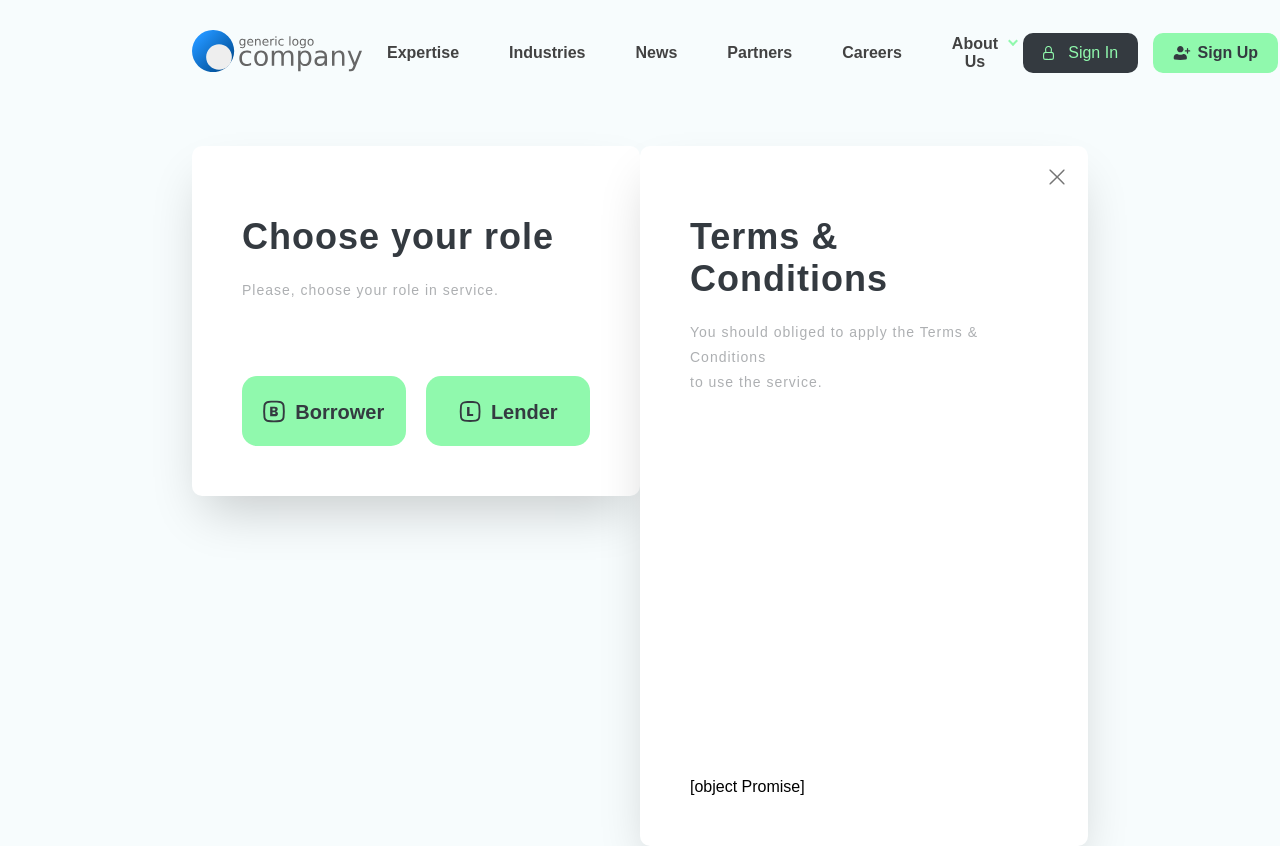
Repository: Andriy-Ma/widgetTask
Page: /
These files come from the project's save history. The page is drawn as it stood at one moment and after the next save; the edit follows.
The browser window is 1280 px wide. The pictures show the whole page.
The page's requests for data from a server got no answer. Some web fonts or font styles are not loaded; a fallback is used. The project was rebuilt for these pictures with package versions that can differ from the ones it lists, and the page was loaded fresh each time. No one was signed in, and anything a server would have sent is missing. Also part of the build but not shown: src/components/Main/SelectedRoleForm/selectedRoleForm.module.css, src/components/Main/SelectedRoleForm/selectedRoleForm.jsx.

Above is the page before, as saved 2022-08-30 11:14:43.

### public/index.html
<!DOCTYPE html>
<html lang="en">
  <head>
    <meta charset="utf-8" />
    <link rel="icon" href="%PUBLIC_URL%/favicon.ico" />
    <link rel="stylesheet" href="https://use.typekit.net/clw7fgu.css">
    <meta name="viewport" content="width=device-width, initial-scale=1" />
    <meta name="theme-color" content="#000000" />
    <meta
      name="description"
      content="Web site created using create-react-app"
    />
    <link rel="apple-touch-icon" href="%PUBLIC_URL%/logo192.png" />
    <!--
      manifest.json provides metadata used when your web app is installed on a
      user's mobile device or desktop. See https://developers.google.com/web/fundamentals/web-app-manifest/
    -->
    <link rel="manifest" href="%PUBLIC_URL%/manifest.json" />
    <!--
      Notice the use of %PUBLIC_URL% in the tags above.
      It will be replaced with the URL of the `public` folder during the build.
      Only files inside the `public` folder can be referenced from the HTML.

      Unlike "/favicon.ico" or "favicon.ico", "%PUBLIC_URL%/favicon.ico" will
      work correctly both with client-side routing and a non-root public URL.
      Learn how to configure a non-root public URL by running `npm run build`.
    -->
    <title>React App</title>
  </head>
  <body>
    <noscript>You need to enable JavaScript to run this app.</noscript>
    <div id="root"></div>
    <!--
      This HTML file is a template.
      If you open it directly in the browser, you will see an empty page.

      You can add webfonts, meta tags, or analytics to this file.
      The build step will place the bundled scripts into the <body> tag.

      To begin the development, run `npm start` or `yarn start`.
      To create a production bundle, use `npm run build` or `yarn build`.
    -->
  </body>
</html>

### src/index.css
* {
  box-sizing: border-box;
  margin: 0;
  padding: 0;
}
body {
  font-family: 'Poppins', sans-serif;
  background-color: #f7fcfd;
  -webkit-font-smoothing: antialiased;
  -moz-osx-font-smoothing: grayscale;
}

### src/App.js
import React from 'react';
import styles from './App.module.css';
import Header from './components/Header/header';
import MainBlock from './components/Main/main';

function App() {
  return (
    <div className={styles.container}>
      <Header/>
      <MainBlock/>
    </div>
  );
}

export default App;

### src/App.module.css
.container {
    display: block;
    align-items: center;
    justify-content: center;
    padding-left: 15%;
    padding-right: 15%;
}

### src/components/Header/header.jsx
import React from 'react';
import Icon from './img/logo-generic';
import {ReactComponent as Lock} from './img/lock.svg';
import {ReactComponent as SignUp} from './img/signup.svg';
import styles from './header.module.css';

function Header() {
  return (
    <div className={styles.header}>
        <div className={styles.logo}>
          <a href="#home">
            <Icon/>
          </a>
        </div>
        <div className={styles.middleOfHeader}>
          <a href="#expertise">Expertise</a>
          <a href="#industries">Industries</a>
          <a href="#news">News</a>
          <a href="#partners">Partners</a>
          <a href="#careers">Careers</a>
          <a href="#aboutus" className={styles.aboutUs}>About Us</a>
        </div>
        <div className={styles.buttonsHeader}>
          <div className={styles.signin}>
            <Lock/>
            <p>Sign In</p>
          </div>
          <div className={styles.signup}>
            <SignUp/>
            <p>Sign Up</p>
          </div>
        </div>
    </div>
  )
}

export default Header;

### src/components/Main/main.jsx
import React,{useState} from 'react';
import ChooseForm from './ChooseForm/chooseForm';
import styles from './main.module.css';
import SelectedRoleForm from './SelectedRoleForm/selectedRoleForm';

function MainBlock() {

  const [selectedRole, setSelectedRole] = useState('');
  console.log(selectedRole);

  return (
    <div className={styles.container}>
        {
          !selectedRole ? <ChooseForm getRole={setSelectedRole}/> : <SelectedRoleForm role={selectedRole} getRole={setSelectedRole}/>
        }
    </div>
  )
}

export default MainBlock;

### src/components/Header/img/logo-generic.jsx
import React from "react";

function Icon() {
  return (
    <svg
      xmlns="http://www.w3.org/2000/svg"
      version="1.1"
      viewBox="0 0 1425.8 353.74"
    >
      <defs>
        <linearGradient
          id="linearGradient5311"
          x1="-467.57"
          x2="-469.87"
          y1="-68.973"
          y2="488.43"
          gradientUnits="userSpaceOnUse"
        >
          <stop offset="0" stopColor="#2294fe"></stop>
          <stop offset="1" stopColor="#014f96"></stop>
        </linearGradient>
      </defs>
      <g transform="translate(364.43 8.482)">
        <g>
          <g fill="#666" transform="translate(-14.426 -21.336)">
            <path d="M145.49 192.37v19.095c-5.773-3.182-11.583-5.55-17.43-7.105a64.331 64.331 0 00-17.541-2.443c-13.248 0-23.536 4.22-30.863 12.657-7.327 8.363-10.991 20.13-10.991 35.304 0 15.172 3.663 26.977 10.991 35.415 7.327 8.363 17.615 12.545 30.863 12.545 5.92 0 11.768-.778 17.541-2.332 5.847-1.628 11.657-4.033 17.43-7.216v18.873a83.693 83.693 0 01-17.763 5.995c-6.07 1.332-12.545 1.998-19.428 1.998-18.725 0-33.601-5.884-44.629-17.652s-16.542-27.643-16.542-47.627c0-20.279 5.55-36.229 16.653-47.849 11.176-11.62 26.459-17.43 45.85-17.43 6.29 0 12.434.666 18.429 1.999a81.647 81.647 0 0117.43 5.772"></path>
            <path d="M228.98 201.92c-10.954 0-19.613 4.293-25.978 12.878-6.365 8.511-9.548 20.205-9.548 35.082 0 14.876 3.146 26.607 9.437 35.193 6.365 8.511 15.061 12.767 26.089 12.767 10.88 0 19.502-4.293 25.867-12.878 6.365-8.585 9.547-20.279 9.547-35.082 0-14.728-3.182-26.385-9.547-34.971-6.365-8.66-14.987-12.989-25.867-12.989m0-17.319c17.763 0 31.714 5.773 41.854 17.319s15.209 27.532 15.209 47.96c0 20.353-5.07 36.34-15.209 47.96-10.14 11.546-24.091 17.319-41.854 17.319-17.837 0-31.825-5.773-41.965-17.319-10.066-11.62-15.098-27.606-15.098-47.96 0-20.427 5.033-36.414 15.098-47.96 10.14-11.546 24.128-17.319 41.965-17.319"></path>
            <path d="M416.6 211.46c5.107-9.177 11.213-15.949 18.318-20.316 7.105-4.367 15.468-6.55 25.09-6.55 12.952 0 22.943 4.552 29.975 13.655 7.03 9.03 10.546 21.908 10.547 38.634v75.048h-20.538v-74.382c0-11.916-2.11-20.76-6.328-26.533-4.219-5.773-10.658-8.66-19.317-8.66-10.584 0-18.947 3.516-25.09 10.548-6.143 7.03-9.215 16.616-9.214 28.754v70.274h-20.538V237.55c0-11.99-2.11-20.834-6.328-26.533-4.22-5.773-10.732-8.66-19.54-8.66-10.435 0-18.724 3.553-24.867 10.658-6.143 7.031-9.215 16.58-9.215 28.643v70.274h-20.538v-124.34h20.538v19.317c4.663-7.623 10.251-13.248 16.764-16.875 6.513-3.626 14.247-5.44 23.203-5.44 9.03 0 16.69 2.295 22.981 6.883 6.365 4.59 11.065 11.25 14.099 19.983"></path>
            <path d="M560.7 293.28v65.945h-20.538v-171.63H560.7v18.873c4.293-7.401 9.695-12.878 16.209-16.431 6.587-3.627 14.432-5.44 23.536-5.44 15.098 0 27.347 5.995 36.747 17.985 9.473 11.99 14.21 27.755 14.21 47.294 0 19.54-4.737 35.304-14.21 47.294-9.4 11.99-21.649 17.985-36.747 17.985-9.104 0-16.949-1.776-23.536-5.329-6.513-3.626-11.916-9.14-16.209-16.542m69.497-43.408c0-15.024-3.109-26.792-9.326-35.304-6.143-8.585-14.617-12.878-25.423-12.878-10.806 0-19.317 4.293-25.534 12.878-6.143 8.512-9.214 20.28-9.214 35.304 0 15.024 3.071 26.83 9.214 35.415 6.217 8.512 14.728 12.767 25.534 12.767s19.28-4.255 25.423-12.767c6.217-8.585 9.326-20.39 9.326-35.415"></path>
            <path d="M741.77 249.43c-16.505 0-27.94 1.887-34.304 5.662-6.365 3.775-9.548 10.214-9.547 19.317 0 7.253 2.368 13.026 7.105 17.319 4.81 4.219 11.324 6.328 19.539 6.328 11.324 0 20.39-3.997 27.199-11.99 6.883-8.067 10.325-18.762 10.325-32.084v-4.552H741.77m40.744-8.437v70.94h-20.427V293.06c-4.663 7.549-10.473 13.137-17.43 16.764-6.958 3.552-15.47 5.329-25.534 5.329-12.73 0-22.87-3.553-30.42-10.658-7.475-7.18-11.212-16.764-11.212-28.754 0-13.988 4.662-24.535 13.988-31.64 9.4-7.106 23.388-10.658 41.965-10.658h28.643v-1.999c0-9.4-3.109-16.653-9.326-21.759-6.143-5.18-14.802-7.77-25.978-7.77-7.105 0-14.025.85-20.76 2.552-6.735 1.703-13.21 4.256-19.428 7.66v-18.872c7.475-2.887 14.728-5.033 21.76-6.44 7.03-1.48 13.876-2.22 20.537-2.22 17.985 0 31.418 4.663 40.3 13.988 8.88 9.326 13.321 23.462 13.321 42.41"></path>
            <path d="M928.5 236.89v75.048h-20.427v-74.382c0-11.768-2.295-20.575-6.883-26.422-4.589-5.847-11.472-8.77-20.65-8.77-11.027 0-19.723 3.515-26.088 10.547-6.365 7.03-9.548 16.616-9.548 28.754v70.274h-20.538v-124.34h20.538v19.317c4.885-7.476 10.621-13.063 17.208-16.764 6.661-3.7 14.321-5.551 22.981-5.551 14.284 0 25.09 4.44 32.417 13.322 7.327 8.807 10.991 21.797 10.991 38.967"></path>
            <path d="M1021.2 323.48c-5.773 14.802-11.398 24.461-16.875 28.976-5.477 4.515-12.804 6.772-21.981 6.772h-16.32v-17.097h11.99c5.625 0 9.992-1.332 13.1-3.996s6.55-8.956 10.325-18.873l3.664-9.326-50.291-122.34h21.648l38.856 97.252 38.856-97.252h21.648l-54.621 135.89"></path>
          </g>
          <g fill="#666" transform="translate(-416.34 -21.336)">
            <path d="M489.95 115.06c0-6.675-1.385-11.848-4.155-15.519-2.737-3.671-6.592-5.507-11.564-5.507-4.94 0-8.794 1.836-11.564 5.507-2.737 3.671-4.105 8.844-4.105 15.519 0 6.642 1.368 11.798 4.105 15.469 2.77 3.671 6.625 5.507 11.564 5.507 4.973 0 8.827-1.836 11.564-5.507 2.77-3.671 4.155-8.828 4.155-15.469m9.211 21.727c0 9.545-2.119 16.637-6.357 21.276-4.24 4.672-10.73 7.009-19.474 7.009-3.238 0-6.292-.25-9.162-.751a44.69 44.69 0 01-8.36-2.203v-8.961c2.703 1.468 5.373 2.553 8.01 3.254 2.636.7 5.323 1.051 8.06 1.051 6.04 0 10.563-1.585 13.567-4.756 3.004-3.137 4.505-7.893 4.505-14.268v-4.555c-1.902 3.304-4.338 5.774-7.309 7.409-2.97 1.635-6.524 2.453-10.663 2.453-6.875 0-12.415-2.62-16.62-7.86-4.206-5.24-6.308-12.182-6.308-20.826 0-8.677 2.102-15.636 6.307-20.876 4.206-5.24 9.746-7.86 16.621-7.86 4.139 0 7.693.818 10.663 2.454 2.97 1.635 5.407 4.105 7.31 7.409v-8.51h9.21v49.11"></path>
            <path d="M566.09 113.41v4.506h-42.352c.4 6.34 2.303 11.18 5.707 14.518 3.438 3.304 8.21 4.956 14.318 4.956 3.538 0 6.959-.434 10.263-1.302 3.337-.868 6.642-2.17 9.912-3.905v8.711a55.24 55.24 0 01-10.163 3.204 50.9 50.9 0 01-10.563 1.102c-8.944 0-16.037-2.604-21.276-7.81-5.206-5.207-7.81-12.248-7.81-21.126 0-9.178 2.47-16.454 7.41-21.827 4.973-5.407 11.664-8.11 20.075-8.11 7.542 0 13.5 2.436 17.872 7.309 4.405 4.84 6.608 11.43 6.608 19.774m-9.211-2.703c-.067-5.04-1.486-9.062-4.256-12.065-2.736-3.004-6.374-4.506-10.914-4.506-5.14 0-9.261 1.452-12.365 4.355-3.07 2.904-4.839 6.992-5.306 12.265l32.84-.05"></path>
            <path d="M627.62 109.9v33.842h-9.211v-33.541c0-5.306-1.035-9.278-3.104-11.915-2.07-2.636-5.173-3.955-9.312-3.955-4.973 0-8.894 1.585-11.765 4.756-2.87 3.17-4.305 7.493-4.305 12.966v31.689h-9.261V87.673h9.261v8.71c2.203-3.37 4.79-5.89 7.76-7.558 3.003-1.67 6.458-2.503 10.363-2.504 6.44 0 11.314 2.003 14.618 6.008 3.304 3.971 4.956 9.829 4.956 17.572"></path>
            <path d="M694.05 113.41v4.506h-42.352c.4 6.34 2.303 11.18 5.707 14.518 3.438 3.304 8.21 4.956 14.318 4.956 3.538 0 6.959-.434 10.263-1.302 3.337-.868 6.642-2.17 9.912-3.905v8.711a55.24 55.24 0 01-10.163 3.204 50.9 50.9 0 01-10.563 1.102c-8.944 0-16.037-2.604-21.276-7.81-5.206-5.207-7.81-12.248-7.81-21.126 0-9.178 2.47-16.454 7.41-21.827 4.973-5.407 11.664-8.11 20.075-8.11 7.543 0 13.5 2.436 17.872 7.309 4.405 4.84 6.608 11.43 6.608 19.774m-9.211-2.703c-.067-5.04-1.486-9.062-4.256-12.065-2.736-3.004-6.374-4.506-10.913-4.506-5.14 0-9.261 1.452-12.365 4.355-3.07 2.904-4.839 6.992-5.306 12.265l32.84-.05"></path>
            <path d="M741.46 96.286a11.624 11.624 0 00-3.404-1.302c-1.202-.3-2.537-.45-4.005-.45-5.207 0-9.212 1.702-12.015 5.106-2.77 3.371-4.155 8.227-4.155 14.568v29.537h-9.262V87.676h9.262v8.71c1.935-3.403 4.455-5.923 7.56-7.558 3.103-1.67 6.874-2.503 11.313-2.503.634 0 1.335.05 2.103.15.767.067 1.618.183 2.553.35l.05 9.462"></path>
            <path d="M751.22 87.676h9.211v56.069h-9.211V87.676m0-21.827h9.211v11.664h-9.211V65.849"></path>
            <path d="M820.01 89.828v8.61c-2.603-1.434-5.223-2.502-7.86-3.203a29.012 29.012 0 00-7.91-1.102c-5.974 0-10.613 1.903-13.917 5.707-3.304 3.772-4.956 9.078-4.956 15.92 0 6.842 1.652 12.165 4.957 15.97 3.304 3.772 7.943 5.657 13.917 5.657 2.67 0 5.306-.35 7.91-1.051 2.636-.734 5.256-1.819 7.859-3.254v8.51a37.736 37.736 0 01-8.01 2.704c-2.737.6-5.657.9-8.76.9-8.445 0-15.153-2.652-20.126-7.959-4.973-5.306-7.459-12.465-7.459-21.477 0-9.144 2.503-16.337 7.51-21.577 5.039-5.24 11.93-7.86 20.675-7.86 2.837 0 5.607.3 8.31.902a36.82 36.82 0 017.86 2.603"></path>
            <path d="M868.57 65.849h9.211v77.896h-9.211V65.849"></path>
            <path d="M918.73 94.134c-4.94 0-8.844 1.936-11.714 5.807-2.87 3.838-4.305 9.111-4.305 15.82s1.418 11.998 4.255 15.87c2.87 3.838 6.792 5.757 11.765 5.757 4.906 0 8.794-1.935 11.664-5.807 2.87-3.871 4.305-9.144 4.305-15.82 0-6.641-1.435-11.898-4.305-15.769-2.87-3.905-6.758-5.857-11.664-5.857m0-7.81c8.01 0 14.301 2.604 18.873 7.81 4.572 5.206 6.858 12.415 6.859 21.627 0 9.178-2.287 16.387-6.859 21.627-4.572 5.206-10.863 7.81-18.873 7.81-8.043 0-14.351-2.604-18.923-7.81-4.539-5.24-6.808-12.45-6.808-21.627 0-9.211 2.27-16.42 6.808-21.627 4.572-5.206 10.88-7.81 18.923-7.81"></path>
            <path d="M996.58 115.06c0-6.675-1.385-11.848-4.155-15.519-2.737-3.671-6.592-5.507-11.564-5.507-4.94 0-8.794 1.836-11.564 5.507-2.737 3.671-4.105 8.844-4.105 15.519 0 6.642 1.368 11.798 4.105 15.469 2.77 3.671 6.625 5.507 11.564 5.507 4.973 0 8.828-1.836 11.564-5.507 2.77-3.671 4.155-8.828 4.155-15.469m9.211 21.727c0 9.545-2.119 16.637-6.357 21.276-4.24 4.672-10.73 7.009-19.474 7.009-3.238 0-6.292-.25-9.162-.751a44.69 44.69 0 01-8.36-2.203v-8.961c2.703 1.468 5.373 2.553 8.01 3.254 2.636.7 5.323 1.051 8.06 1.051 6.04 0 10.563-1.585 13.567-4.756 3.003-3.137 4.505-7.893 4.505-14.268v-4.555c-1.902 3.304-4.338 5.774-7.309 7.409-2.97 1.635-6.524 2.453-10.663 2.453-6.875 0-12.415-2.62-16.62-7.86-4.206-5.24-6.308-12.182-6.308-20.826 0-8.677 2.102-15.636 6.307-20.876 4.206-5.24 9.746-7.86 16.621-7.86 4.139 0 7.693.818 10.663 2.454 2.97 1.635 5.407 4.105 7.31 7.409v-8.51h9.21v49.11"></path>
            <path d="M1046.5 94.134c-4.94 0-8.844 1.936-11.714 5.807-2.87 3.838-4.305 9.111-4.305 15.82s1.418 11.998 4.255 15.87c2.87 3.838 6.792 5.757 11.765 5.757 4.906 0 8.794-1.935 11.664-5.807 2.87-3.871 4.305-9.144 4.305-15.82 0-6.641-1.435-11.898-4.305-15.769-2.87-3.905-6.758-5.857-11.664-5.857m0-7.81c8.01 0 14.3 2.604 18.873 7.81 4.572 5.206 6.858 12.415 6.858 21.627 0 9.178-2.286 16.387-6.858 21.627-4.572 5.206-10.864 7.81-18.873 7.81-8.043 0-14.351-2.604-18.924-7.81-4.539-5.24-6.808-12.45-6.808-21.627 0-9.211 2.269-16.42 6.808-21.627 4.572-5.206 10.88-7.81 18.924-7.81"></path>
          </g>
          <g transform="rotate(-45 269.773 885.347) scale(.61927)">
            <path
              fill="url(#linearGradient5311)"
              d="M-184.26 202.82c0 157.74-127.87 285.61-285.61 285.61s-285.61-127.87-285.61-285.61S-627.61-82.79-469.87-82.79s285.61 127.87 285.61 285.61z"
              transform="translate(1202 -114.01)"
            ></path>
            <path
              fill="#eee"
              d="M-184.26 202.82c0 157.74-127.87 285.61-285.61 285.61s-285.61-127.87-285.61-285.61S-627.61-82.79-469.87-82.79s285.61 127.87 285.61 285.61z"
              transform="translate(1018.2 79.03) scale(.60887)"
            ></path>
          </g>
        </g>
      </g>
    </svg>
  );
}

export default Icon;

### src/components/Header/header.module.css
.logo {
    display: block;
    min-width: 170px;
}
.header {
    display: flex;
    justify-content: space-between;
    align-items: center;
    padding-top: 30px;
    min-width: 1000px;
}
.middleOfHeader {
    display: flex;
    justify-content: space-between;
    align-items: center;
    text-decoration: none;
}
.middleOfHeader a {
    display: block;
    color: #424242;
    text-align: center;
    padding: 0px 25px;
    text-decoration: none;
    font-size: 16px;
    font-weight: 600;
}
.middleOfHeader a:hover {
    color: #1b1a1a;
}
.aboutUs{
    position: relative;
}
.aboutUs::after{
    content: '';
    border-left: 2px solid #90F9AD;
    border-top: 2px solid #90F9AD;
    width: 5px;
    height: 5px;
    float: right;
    transform: translate(50%, -50%) rotate(-135deg);
    position: absolute;
    top: 6px;
    right: 10px;
}
.buttonsHeader {
    display: flex;
    justify-content: space-between;
    align-items: center;
}
.buttonsHeader:hover {
    cursor: pointer;
}
.signin {
    display: flex;
    justify-content: space-between;
    align-items: center;
    color: #90F9AD;
    background-color: #343A40;
    font-weight: 500;
    padding: 0px 20px;
    border-radius: 10px;
    width: 115px;
    height: 40px;
    margin-right: 15px;
}
.signin:hover {
    background-color: #252a2e;
}
.signup {
    display: flex;
    justify-content: space-between;
    align-items: center;
    color: #343A40;
    background-color: #90F9AD;
    font-weight: 600;
    padding: 0px 20px;
    border-radius: 10px;
    width: 125px;
    height: 40px;
}
.signup:hover {
    background-color: #3df370;
}

### src/components/Main/ChooseForm/chooseForm.jsx
import React from 'react';
import styles from './chooseForm.module.css';
import {ReactComponent as Borrower} from '../img/borrower.svg';
import {ReactComponent as Lender} from '../img/lender.svg';
import {ReactComponent as Close} from '../img/close.svg';

const roles = ['Borrower', 'Lender'];

function ChooseForm({getRole}) {

  async function text () {
    const res = await fetch('https://60c74df306f3160017d29000.mockapi.io/api/v1/tossource');
    const ready = await res.json();
    const full = [...ready.map(lol => lol.text)]
    const pol = [...full]
    console.log(pol);
    return pol;
  };

  /*fetch('https://60c74df306f3160017d29000.mockapi.io/api/v1/tossource')
  .then((response) => {
    return response.json();
  })
  .then((data) => {
    console.log(data);
  });*/

  text();

  return (
    <>
    <div className={styles.form}>
      <div>
        <p className={styles.mainText}>Choose your role</p>
        <p className={styles.underText}>Please, choose your role in service.</p>
      </div>
      <div className={styles.buttonsChooseForm}>
      {
        roles.map(role =>
            <div className={styles.role} key={role} onClick={() => getRole(role)}>
              {role === 'Borrower' ? <Borrower/> : <Lender/>}
              <p className={styles.buttonText}>{role}</p>
            </div>
        )
      }
      </div>
    </div>
    <div className={styles.agreeForm}>
      <Close className={styles.closeButton}/>
      <div>
        <p className={styles.mainText}>Terms & Conditions</p>
        <p className={styles.underText}>You should obliged to apply the Terms & Conditions <p> to use the service.</p></p>
      </div>
      <div dangerouslySetInnerHTML={{__html: text().then(lol => lol.text)}}>
      </div>
    </div>
    </>
  )
}

export default ChooseForm;

### src/components/Main/main.module.css
.container{
    width: 100%;
    display: flex;
    justify-content: center;
}

### src/components/Main/ChooseForm/chooseForm.module.css
.form{
    width: 600px;
    height: 350px;
    padding: 50px;
    background-color: #fff;
    margin-top: 70px;
    border-radius: 10px;
    box-shadow: 0px 25px 49px -12px rgba(0,0,0,0.2);
    display: flex;
    flex-direction: column;
    justify-content: space-between;
}
.agreeForm{
    width: 600px;
    height: 700px;
    padding: 50px;
    background-color: #fff;
    margin-top: 70px;
    border-radius: 10px;
    box-shadow: 0px 25px 49px -12px rgba(0,0,0,0.2);
    display: flex;
    flex-direction: column;
    justify-content: space-between;
    position: relative;
}
.mainText{
    margin-top: 20px;
    font-size: 36px;
    font-weight: 800;
    color: #343A40;
    letter-spacing: 1px;
}
.underText{
    margin-top: 20px;
    font-size: 14px;
    font-weight: 500;
    color: #343A40;
    opacity: .4;
    letter-spacing: 1px;
    line-height: 25px;
}
.buttonsChooseForm {
    display: flex;
    justify-content: space-between;
    align-items: center;
    font-size: 20px;
}
.buttonsChooseForm:hover {
    cursor: pointer;
}
.role {
    display: flex;
    justify-content: center;
    align-items: center;
    color: #343A40;
    background-color: #90F9AD;
    font-weight: 800;
    padding: 0px 20px;
    border-radius: 15px;
    width: 47%;
    height: 70px;
}
.role:hover {
    background-color: #3df370;
}
.buttonText{
    padding-top: 3px;
    padding-left: 10px;
}
.cancelButton{
    display: flex;
    justify-content: center;
    align-items: center;
    color: #343A40;
    background-color: #f2f2f2a9;
    font-weight: 800;
    padding: 0px 20px;
    border-radius: 15px;
    width: 30%;
    height: 70px;
}
.closeButton{
    position: absolute;
    top: 25px;
    right: 25px;
    transform: scale(1.3);
}
.closeButton:hover{
    fill: rgb(185, 36, 36);
    cursor: pointer;
}

Loaded but not shown: src/index.js (common file)

After the next save:
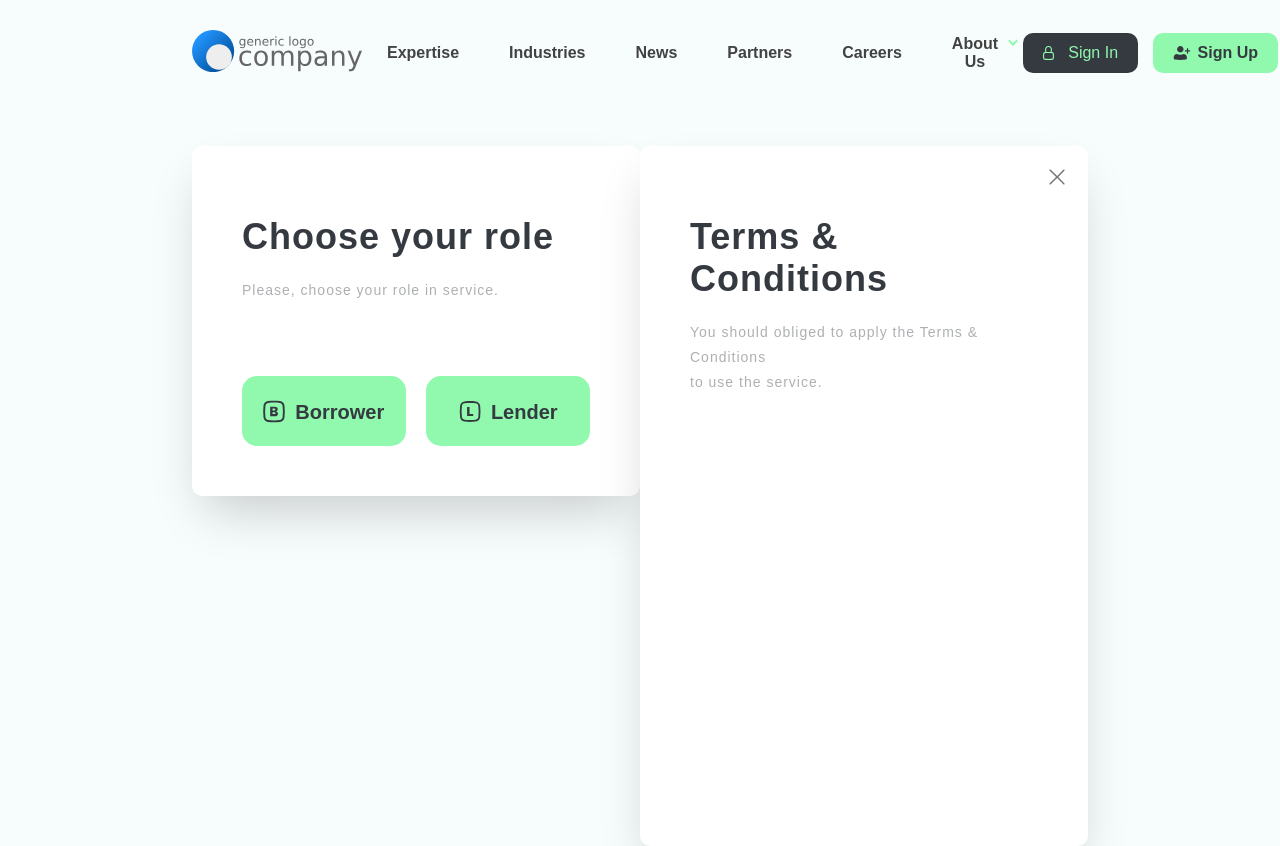
Saved 24 s later.
--- a/src/components/Main/ChooseForm/chooseForm.jsx
+++ b/src/components/Main/ChooseForm/chooseForm.jsx
@@ -11,10 +11,8 @@ function ChooseForm({getRole}) {
   async function text () {
     const res = await fetch('https://60c74df306f3160017d29000.mockapi.io/api/v1/tossource');
     const ready = await res.json();
-    const full = [...ready.map(lol => lol.text)]
-    const pol = [...full]
-    console.log(pol);
-    return pol;
+    console.log(ready.map(lol => lol.text));
+    return ready;
   };
 
   /*fetch('https://60c74df306f3160017d29000.mockapi.io/api/v1/tossource')
@@ -51,7 +49,7 @@ function ChooseForm({getRole}) {
         <p className={styles.mainText}>Terms & Conditions</p>
         <p className={styles.underText}>You should obliged to apply the Terms & Conditions <p> to use the service.</p></p>
       </div>
-      <div dangerouslySetInnerHTML={{__html: text().then(lol => lol.text)}}>
+      <div>
       </div>
     </div>
     </>
